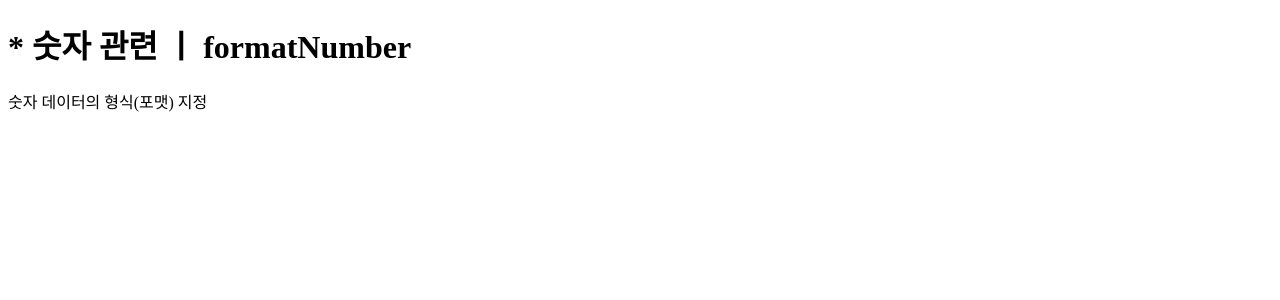
Repository: yoonseo0832/workspace
Page: http://localhost/2_jsp/views/4_CustomAction/3_fmt.jsp
These files come from the project's save history. The page is drawn as it stood at one moment and after the next save; the edit follows.
The browser window is 1280 px wide. The pictures show the whole page.
The page is served by Tomcat 9.

Above is the page before, as saved 2025-03-21 06:36:18.

After the next save:
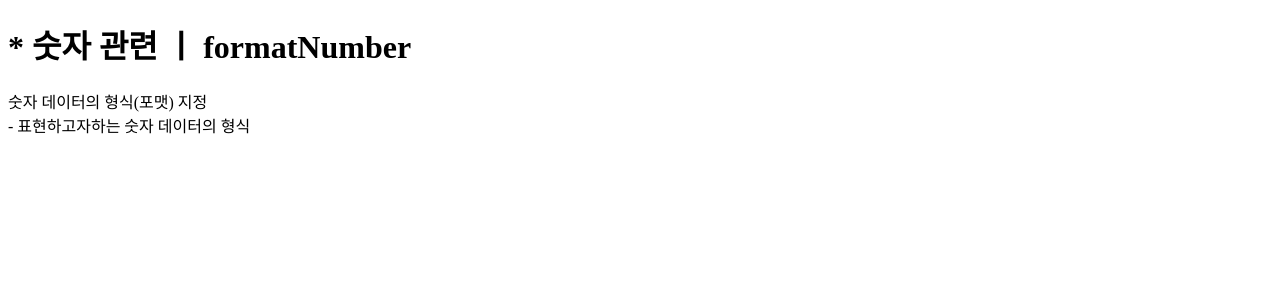
Saved 23 s later.
--- a/05_server/2_jsp/src/main/webapp/views/4_CustomAction/3_fmt.jsp
+++ b/05_server/2_jsp/src/main/webapp/views/4_CustomAction/3_fmt.jsp
@@ -11,7 +11,8 @@
 <body>
 	<h1>* 숫자 관련 ㅣ formatNumber</h1>
 	<p>
-		숫자 데이터의 형식(포맷) 지정
+		숫자 데이터의 형식(포맷) 지정<br>
+		- 표현하고자하는 숫자 데이터의 형식
 	</p>
 </body>
 </html>
